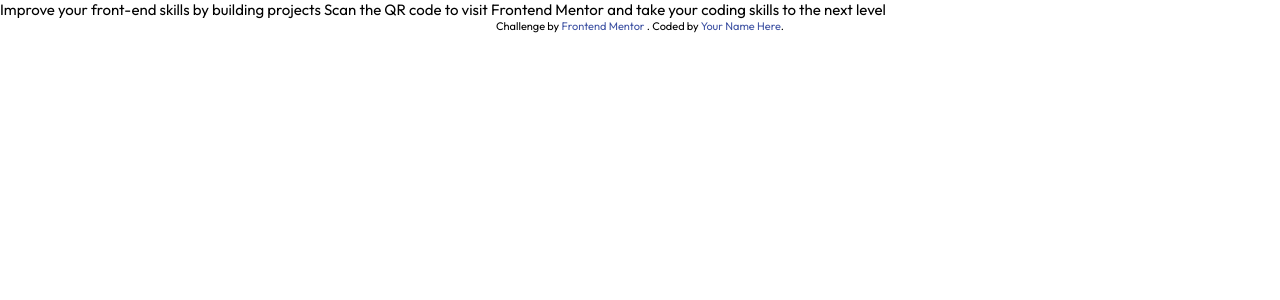
Repository: huynhnhutanhduy/qr-code-component
Page: index.html
An editor plug-in stored every save of this project. The page is shown before and after the next save, followed by the edit.
The browser window is 1280 px wide. The pictures show the whole page.

Above is the page before, as saved 2022-10-05 13:39:39.

### index.html
<!DOCTYPE html>
<html lang="en">
  <head>
    <meta charset="UTF-8" />
    <meta name="viewport" content="width=device-width, initial-scale=1.0" />
    <!-- displays site properly based on user's device -->

    <link rel="icon" type="image/png" sizes="32x32" href="./images/favicon-32x32.png" />

    <title>Frontend Mentor | QR code component</title>
    <link rel="preconnect" href="https://fonts.googleapis.com" />
    <link rel="preconnect" href="https://fonts.gstatic.com" crossorigin />
    <link
      href="https://fonts.googleapis.com/css2?family=Outfit:wght@400;700&display=swap"
      rel="stylesheet"
    />
    <link rel="stylesheet" href="./app.css" />

    <!-- Feel free to remove these styles or customise in your own stylesheet 👍 -->
    <style>
      .attribution {
        font-size: 11px;
        text-align: center;
      }
      .attribution a {
        color: hsl(228, 45%, 44%);
      }
    </style>
  </head>
  <body>
    Improve your front-end skills by building projects Scan the QR code to visit Frontend
    Mentor and take your coding skills to the next level

    <div class="attribution">
      Challenge by
      <a href="https://www.frontendmentor.io?ref=challenge" target="_blank">Frontend Mentor </a
      >. Coded by <a href="#">Your Name Here</a>.
    </div>
  </body>
</html>

### app.css
:root {
  --white: hsl(0, 0%, 100%);
  --light-gray: hsl(212, 45%, 89%);
  --grayish-blue: hsl(220, 15%, 55%);
  --dark-blue: hsl(218, 44%, 22%);
}
* {
  margin: 0;
  padding: 0;
}
*,
*::before,
*::after,
html {
  box-sizing: border-box;
}
html {
  font-size: 62.5%;
}
body {
  font-size: 1.5rem;
  font-family: "Outfit", sans-serif;
}
a {
  text-decoration: none;
}
img {
  display: block;
  max-width: 100%;
}

After the next save:
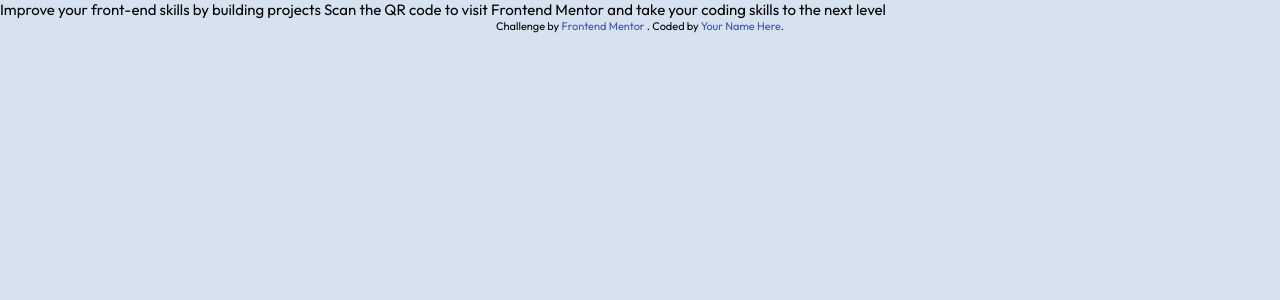
Saved 45 s later.
--- a/app.css
+++ b/app.css
@@ -20,6 +20,7 @@
 body {
   font-size: 1.5rem;
   font-family: "Outfit", sans-serif;
+  background-color: var(--light-gray);
 }
 a {
   text-decoration: none;
